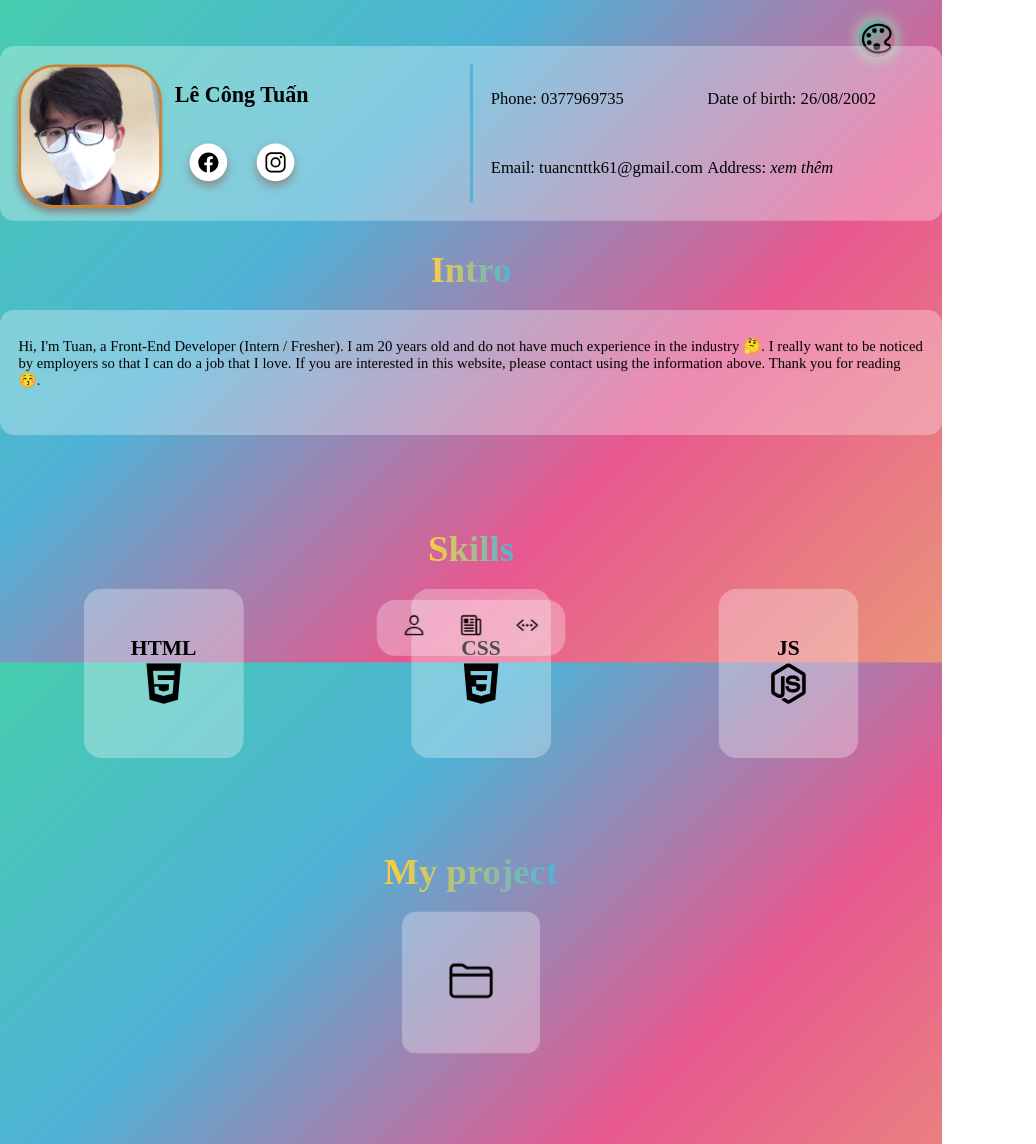
Repository: LeCongTuan2608/Profile
Page: index.html
The author's editor kept a copy of each file at every save. The page is drawn from the files as they stood at one save, then again after the next save.
The browser window is 1024 px wide. The page is 1024 px wide, then 1126 px, so the pictures cover 1126 px, including what lies to the right of the window. The pictures show the whole page, at 92% of full size.
Backgrounds fixed to the window are drawn as part of the page. The style sheet was rebuilt from its Sass, Less or Tailwind sources for each picture, by a compiler version that may differ from the author's.

Above is the page before, as saved 2022-05-05 12:19:44.

### index.html
<!DOCTYPE html>
<html lang="en">
   <head>
      <meta charset="UTF-8" />
      <meta http-equiv="X-UA-Compatible" content="IE=edge" />
      <meta name="viewport" content="width=device-width, initial-scale=1.0" />

      <script type="module" src="https://unpkg.com/ionicons@5.5.2/dist/ionicons/ionicons.esm.js"></script>
      <script nomodule src="https://unpkg.com/ionicons@5.5.2/dist/ionicons/ionicons.js"></script>

      <link rel="preconnect" href="https://fonts.googleapis.com" />
      <link rel="preconnect" href="https://fonts.gstatic.com" crossorigin />
      <link href="https://fonts.googleapis.com/css2?family=Pacifico&display=swap" rel="stylesheet" />

      <link href="https://unpkg.com/aos@2.3.1/dist/aos.css" rel="stylesheet" />
      <script src="https://unpkg.com/aos@2.3.1/dist/aos.js"></script>

      <link rel="stylesheet" href="./sass/css/style.css" />
      <title>Profile</title>
   </head>
   <body>
      <div class="container">
         <div class="palette">
            <ion-icon name="color-palette-outline"></ion-icon>
            <div class="list-color">
               <ul>
                  <li class="bgr-color"></li>
                  <li class="bgr-color"></li>
                  <li class="bgr-color"></li>
               </ul>
            </div>
         </div>

         <div class="contents">
            <div data-aos="flip-left" data-aos-duration="1500">
               <div class="card-info">
                  <div class="personal-information">
                     <div class="image">
                        <div class="user-image">
                           <img src="./images/1.JPG" alt="" />
                        </div>
                        <div class="user-intro">
                           <h2>Lê Công Tuấn</h2>
                           <div class="user-intro-navigation">
                              <div class="navigation-fb">
                                 <a href="https://www.facebook.com/profile.php?id=100026041985048"
                                    ><ion-icon name="logo-facebook"></ion-icon
                                 ></a>
                                 <span>facebook</span>
                              </div>
                              <div class="navigation-ins">
                                 <a href="https://www.instagram.com/tuanle2608/"
                                    ><ion-icon name="logo-instagram"></ion-icon
                                 ></a>
                                 <span>instagram</span>
                              </div>
                           </div>
                        </div>
                     </div>
                     <div class="contact">
                        <div class="contact-info">
                           <span>Phone: 0377969735</span>
                           <span>Email: tuancnttk61@gmail.com</span>
                        </div>
                        <div class="contact-info">
                           <span>Date of birth: 26/08/2002</span>
                           <span>Address: <i id="see">xem thêm</i></span>
                        </div>
                     </div>
                  </div>
               </div>
            </div>
            <div class="card-intro">
               <div class="intro-yourself">
                  <div class="title">
                     <div data-aos="fade-up" data-aos-duration="1000">
                        <h1>Intro</h1>
                     </div>
                  </div>
                  <div data-aos="flip-down" data-aos-duration="1000">
                     <div class="intro-content">
                        <p>
                           Hi, I'm Tuan, a Front-End Developer (Intern / Fresher). I am 20 years old and do not have
                           much experience in the industry 🤔. I really want to be noticed by employers so that I can do
                           a job that I love. If you are interested in this website, please contact using the
                           information above. Thank you for reading 😚.
                        </p>
                     </div>
                  </div>
               </div>

               <div class="my-skills">
                  <div class="title">
                     <div data-aos="fade-down" data-aos-easing="linear" data-aos-duration="300">
                        <h1>Skills</h1>
                     </div>
                  </div>
                  <div class="skills-content">
                     <div class="list-skills">
                        <div data-aos="fade-right">
                           <h3>HTML</h3>
                           <ion-icon name="logo-html5"></ion-icon>
                        </div>

                        <div data-aos="fade-down">
                           <h3>CSS</h3>
                           <ion-icon name="logo-css3"></ion-icon>
                        </div>

                        <div data-aos="fade-left">
                           <h3>JS</h3>
                           <ion-icon name="logo-nodejs"></ion-icon>
                        </div>
                     </div>
                  </div>
               </div>

               <div class="my-project">
                  <div class="title">
                     <div data-aos="fade-up" data-aos-anchor-placement="bottom-bottom">
                        <h1>My project</h1>
                     </div>
                  </div>
                  <div class="project-box">
                     <div data-aos="zoom-in">
                        <div class="box">
                           <ion-icon name="folder-outline"></ion-icon>
                        </div>
                     </div>
                  </div>
               </div>
            </div>
         </div>

         <div class="box-container">
            <div class="list-project">
               <div class="close">
                  <ion-icon name="close-circle-outline"></ion-icon>
               </div>

               <ul>
                  <li>
                     <a href="https://lecongtuan2608.github.io/Youtube/">https://lecongtuan2608.github.io/Youtube/</a>
                  </li>
                  <li><a href="https://lecongtuan2608.github.io/music/">https://lecongtuan2608.github.io/music/</a></li>
               </ul>
            </div>
         </div>
         <div class="toolbar">
            <div class="tollbar-list">
               <ul>
                  <li><ion-icon name="person-outline"></ion-icon></li>
                  <li><ion-icon name="newspaper-outline"></ion-icon></li>
                  <li><ion-icon name="code-working-outline"></ion-icon></li>
               </ul>
            </div>
         </div>
      </div>
   </body>
   <script>
      AOS.init();
   </script>
   <script src="./js/app.js"></script>
</html>

### js/app.js
const open_project = document.querySelector('.box');
const box_container = document.querySelector('.box-container');
const close_box = document.querySelector('.close');
const list_project = document.querySelector('.list-project');
open_project.addEventListener('click', function () {
   box_container.classList.add('open');
});
close_box.addEventListener('click', function () {
   box_container.classList.remove('open');
});
box_container.addEventListener('click', function () {
   box_container.classList.remove('open');
});
list_project.addEventListener('click', function (event) {
   event.stopPropagation();
});

const palette = document.querySelector('.palette');
var bgr_colors = document.querySelectorAll('.bgr-color');
const container = document.querySelector('.container');
const text_colors = document.querySelectorAll('.title h1');
function bgr_change() {
   for (let i = 0; i < bgr_colors.length; i++) {
      bgr_colors[i].addEventListener('click', function () {
         bgr_colors = i;
         if (bgr_colors == 0) {
            for (let text_color of text_colors) {
               text_color.classList.remove('text-color-2');
               text_color.classList.remove('text-color-3');
               text_color.classList.add('text-color-1');
            }
            container.classList.remove('bgr-color-2');
            container.classList.remove('bgr-color-3');
            container.classList.add('bgr-color-1');
         } else if (bgr_colors == 1) {
            for (let text_color of text_colors) {
               text_color.classList.remove('text-color-1');
               text_color.classList.remove('text-color-3');
               text_color.classList.add('text-color-2');
            }
            container.classList.remove('bgr-color-1');
            container.classList.remove('bgr-color-3');
            container.classList.add('bgr-color-2');
         } else if (bgr_colors == 2) {
            for (let text_color of text_colors) {
               text_color.classList.remove('text-color-1');
               text_color.classList.remove('text-color-2');
               text_color.classList.add('text-color-3');
            }
            container.classList.remove('bgr-color-1');
            container.classList.remove('bgr-color-2');
            container.classList.add('bgr-color-3');
         }
      });
   }
}
bgr_change();

### sass/style.scss
*{
    margin: 0;
    padding: 0;
}
html{
    width: 100%;
    height: 100%;
    padding: 0;
    margin: 0;
    font-family: 'Fredoka One', cursive;

}
body{
    width: 100%;
    height: auto;

}
.container{
    padding-top: 50px;
    width: 100%;
    height: auto;
    position: relative;
    background-image: linear-gradient(-45deg, #ea9479, #e7588f, #4fb2d6, #46cdae);
    background-attachment: fixed;
}
.bgr-color-1{
    background-image: linear-gradient(90deg, #74EBD5 0%, #9FACE6 100%);
    background-attachment: fixed;
}
.bgr-color-2{
    background-image: linear-gradient(to right, #eea2a2 0%, #bbc1bf 19%, #57c6e1 42%, #b49fda 79%, #7ac5d8 100%);
    background-attachment: fixed;
}
.bgr-color-3{
    background-image: linear-gradient(to top, #88d3ce 0%, #6e45e2 100%);
    background-attachment: fixed;
}
.palette{
    position: fixed;
    top: 3%;
    right: 5%;
    font-size: 40px;
}
.list-color ul{
    position: absolute;
}
.palette:hover ul li{
    display: block;
}
// chọn màu bgr
.list-color ul li:first-child{
    margin-bottom: 10px;
    background-image: linear-gradient(90deg, #74EBD5 0%, #9FACE6 100%);
}
.list-color ul li:nth-of-type(2){
    margin-bottom: 10px;
    background-image: linear-gradient(to right, #eea2a2 0%, #bbc1bf 19%, #57c6e1 42%, #b49fda 79%, #7ac5d8 100%);
}
.list-color ul li:last-child{
    background-image: linear-gradient(to top, #88d3ce 0%, #6e45e2 100%);

}

.list-color ul li{
    list-style-type: none;
    display: none;
    width: 40px;
    height: 40px;
    border-radius: 100rem;
    box-shadow: #3d3d3d -1px 2px 5px 2px;

}
.toolbar{
    width:  20%;
    border-radius: 20px;
    position: fixed;
    font-size: 25px;
    left: 50%;
    transform: translateX(-50%);
    bottom: 1%;
    background-color: rgba($color: white, $alpha: 0.3);
}
.tollbar-list{
    padding: 10px;
}
.toolbar ul{
    display: flex;
    justify-content: space-around;
}
.toolbar ul li {
    list-style-type: none;
    display: inline;
    border-radius: 100rem;
    cursor: pointer;
}
.toolbar ul li ion-icon{
    padding: 5px;
}
.toolbar ul li:hover {
background-color: #a5e296;
}
.palette ion-icon{
    background-image: linear-gradient(-45deg, #e7588f,#46cdae);
    border-radius: 100rem;
    box-shadow: #a9a9a9 0px 0px 10px 6px;
    cursor: pointer;
}
.contents{
    width: 100%;
    display: flex;
    flex-wrap: wrap;
    align-content: center;
    flex-direction: column;
}
.contents > div{
    width: 60%;
}
.card-info{
    background-color: rgba($color: white, $alpha: 0.3);
    border-radius: 15px;
}
.personal-information{
    padding: 20px;
    display: flex;

}
.image{
    display: flex;
    flex: 1;
    border-right: 3px solid;
    border-color:#4fb2d6;
    padding-right: 20px;
}
.user-image{
    width: 150px;
    height: 150px;
    // border: 3px solid;
    // border-image-source: linear-gradient(to top, #f64f59, #9634c8);
    // border-image-slice :1;
}
.user-image img{
    width: 100%;
    height: 100%;
    object-fit: cover;
    border-radius: 40px;
    border: solid;
    border-color: #cd802e;
    box-shadow: rgb(137, 137, 137) -2px 5px 7px 0px;


}
.user-intro{
    display: flex;
    margin-left: 20px;
    flex-direction: column;
    justify-content: space-around;
}
.user-intro-navigation{
    display: flex;
    justify-content: space-around;
}
.user-intro-navigation a{
    color: black;
    text-decoration: none;
}
.user-intro-navigation a > ion-icon{
    font-size: 25px;
    border-radius: 100rem;
    padding: 8px;
    background-color: white;
    box-shadow: rgb(137, 137, 137) 0px 5px 10px 0px;
}
.navigation-fb{
    position: relative;
}
.navigation-fb span{
    display: none;
}
.navigation-fb a > ion-icon:hover{
    background-color: rgb(153, 159, 248);
}
.navigation-fb:hover span{
    position: absolute;
    display: block;
    background-color: rgb(153, 159, 248);
    border-radius: 40px;
    padding: 5px;
    font-size: 18px;
    top: -95%;
    left: -50%;
    font-weight: 700;
    animation: intro ease 0.5s;
    z-index: 2;
}
.navigation-fb:hover::after{
    position: absolute;
    content: "";
    width: 13px;
    height: 13px;
    background-color: rgb(153, 159, 248);
    clip-path: polygon(50% 100%, 0 0, 100% 0);
    top: -25%;
    left: 30%;
    animation: intro ease 0.5s;
    z-index: 1;
}


.navigation-ins{
    position: relative;
}
.navigation-ins span{
    display: none;
}
.navigation-ins a > ion-icon:hover{
    background-color: rgb(64, 173, 177);
}
.navigation-ins:hover span{
    position: absolute;
    display: block;
    background-color: rgb(64, 173, 177);
    border-radius: 40px;
    padding: 5px;
    font-size: 18px;
    top: -95%;
    left: -50%;
    font-weight: 700;
    animation: intro ease 0.5s;
    z-index: 2;
}
.navigation-ins:hover::after{
    position: absolute;
    content: "";
    width: 13px;
    height: 13px;
    background-color: rgb(64, 173, 177);
    clip-path: polygon(50% 100%, 0 0, 100% 0);
    top: -25%;
    left: 30%;
    animation: intro ease 0.5s;
    z-index: 1;
}
.contact{
    flex: 1;
    display: flex;
    padding-left: 20px;
}
.contact-info{
    flex: 1;
    display: flex;
    flex-direction: column;
    justify-content: space-around;
}
.contact-info span{
    font-size: 18px;
    overflow: hidden;
}

.card-intro{
    margin-top: 30px;
    width: 60%;

}
.intro-yourself{
    margin: 30px 0 100px 0;
}
.title{
    text-align: center;
    margin-bottom: 20px;
    font-size: 20px;
}
.title h1{
    display: inline-block;
    background-image: linear-gradient( to right,#ffce3d, #4fb2d6);
    color: transparent;
    -webkit-background-clip: text;
    background-clip: text;
}
// đổi màu text
.text-color-1{
    background-image: linear-gradient(-225deg, #AC32E4 0%, #7918F2 48%, #4801FF 100%) !important;
}
.text-color-2{
    background-image: linear-gradient(-225deg, #A445B2 0%, #D41872 52%, #FF0066 100%) !important;
}
.text-color-3{
    background-image: linear-gradient(to top, #50cc7f 0%, #f5d100 100%) !important;
}

//===============
.intro-content{
    padding: 30px 20px 50px 20px;
    background-color: rgba($color: white, $alpha: 0.3);
    border-radius: 15px;
}

.my-skills {
    margin: 30px 0 100px 0;
}
.skills-content .list-skills{
    display: flex;
    justify-content: space-around;
}
.skills-content .list-skills div{
    padding: 5%;
    border-radius: 20px;
    background-color: rgba(255, 255, 255, 0.3);
    list-style-type: none;
    display: inline;
    text-align: center;
    font-size: 20px;
}

.skills-content .list-skills div ion-icon{
    font-size: 50px;
}
.my-project{
    margin: 30px 0 100px 0;

}
.project-box{
    display: flex;
    justify-content: center;
}
.box{
    background-color: rgba($color: white, $alpha: 0.3);
    border-radius: 15px;
    text-align: center;
    cursor: pointer;
}
.box:hover{
    transition-duration: 0.5s;
    transform: scale(1.1, 1.1);
    box-shadow: rgba(130, 130, 130, 0.773) 0px 1px 5px 2px;
}
.box > ion-icon{
    font-size: 50px;
    padding: 50px;
}
.box-container{
    position: fixed;
    top:0;
    left: 0;
    right: 0;
    bottom: 0;
    background-color: rgba( rgb(186, 186, 186), 0.5);
    display: none;
}
.open{
    display: block;
}
.list-project{
    position: absolute;
    left: 30%;
    right: 30%;
    top: 50%;
    transform: translateY(-50%);
    border-radius: 15px;
    background-color: white;
    box-shadow: rgb(137, 137, 137) 0px 5px 10px 0px;
    text-align: center;
    animation: intro ease 1s;

}
.close{
    position: absolute;
    width: 30px;
    height: 30px;
    right: 2%;
    top: 2%;
    font-size: 25px;
    cursor: pointer;
}
.list-project ion-icon:hover{
    color: red;
    border-radius: 100rem;

}
.list-project ul{
    padding: 50px 10px 30px 10px;
}
.list-project ul li{
    list-style-type: none;
}
.list-project ul li a{
    text-decoration: none;
    color: black;
}
.list-project ul li a:hover{
    color: rgb(53, 138, 213);
}
@keyframes intro{
    from {
        transform: translateY((100%));
    }
    to{
        transform: translateY((-50%));
    }
}
@media screen and (max-width:1060px) {
    .contents {
        margin: 0 10% 0 0;
        display: block;
    }
    .contents > div{
        width: 100%;
    }
}

After the next save:
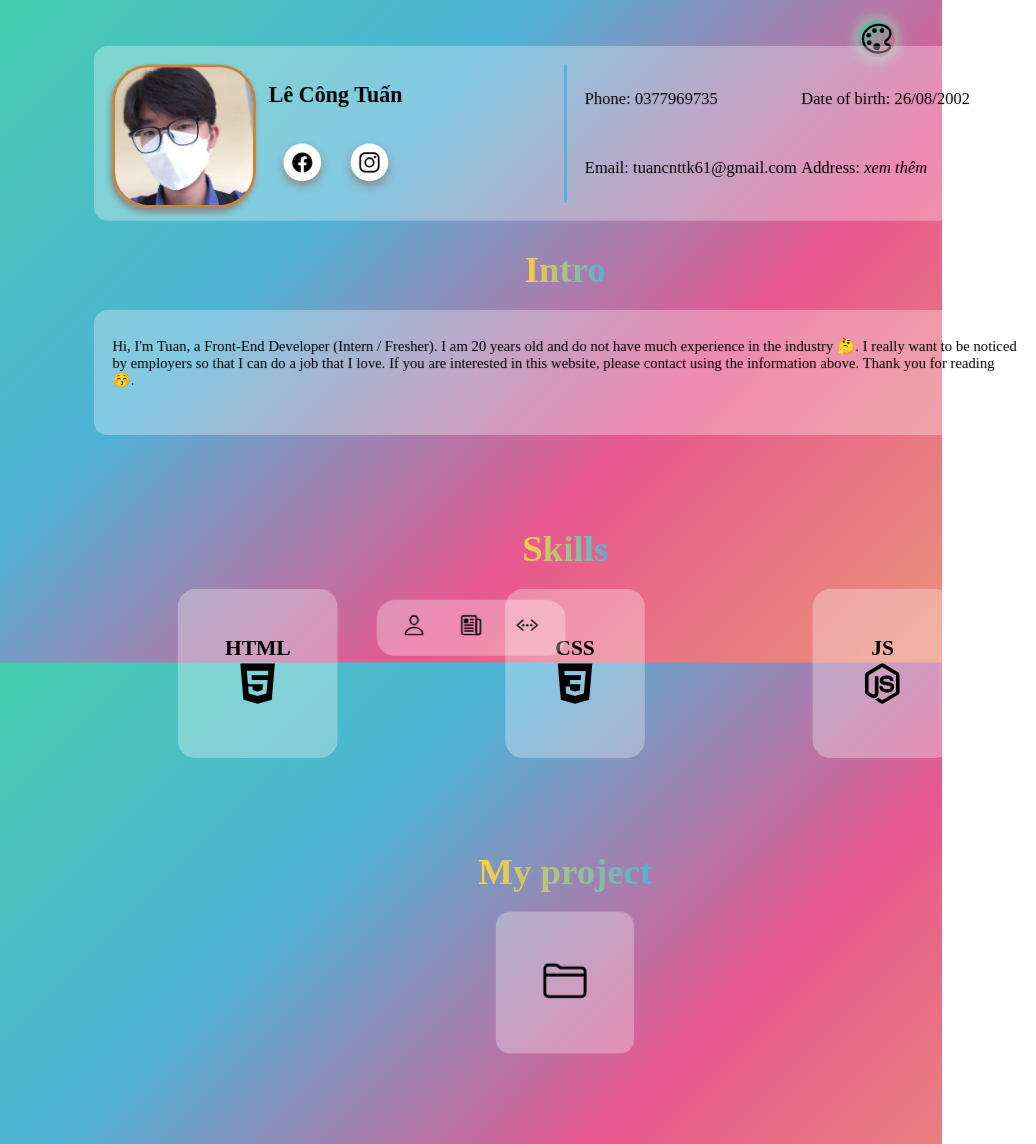
Saved 16 s later.
--- a/sass/style.scss
+++ b/sass/style.scss
@@ -403,6 +403,7 @@ background-color: #a5e296;
         display: block;
     }
     .contents > div{
+        margin: 0 10% 0 10%;
         width: 100%;
     }
 }
